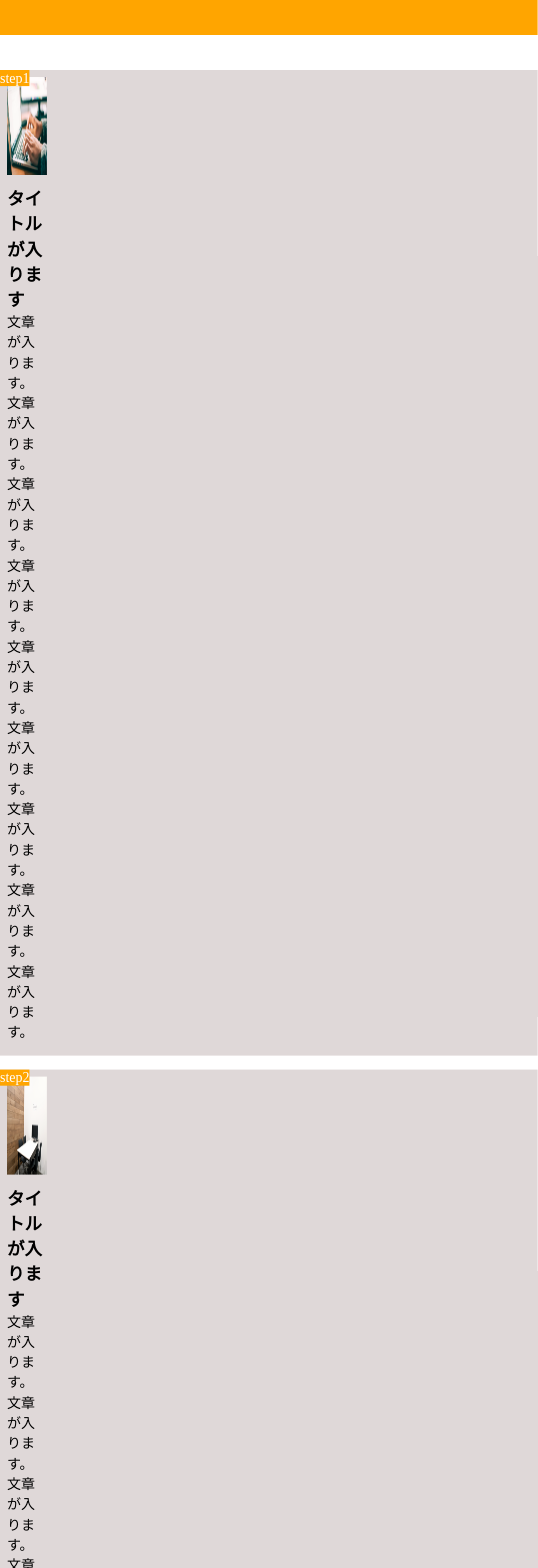
Repository: ishidaryu/ishidaryu
Page: HW/HW.html
The author's editor kept a record of every edit. The page is drawn from the files as they stood at one moment, then again after the next edit.
The browser window is 768 px wide. The pictures show the part of the page from y = 0 to 2240 px (the page is 4484 px tall), at 70% of full size.

Above is the page before.

### HW/HW.html
<!DOCTYPE html>
<html lang="ja">

  <head>
     <meta charset="UTF-8" />
     <link rel="stylesheet" href="HW.css" />
  </head>

  <body>

    <header></header>


    <main>
      <section class="blog">
        <div calss-="blog-box">

          <div class="blog-item">
            <div class="blog-box1">
              <img class="blog-image" src="flow01.png" />
              <p style="text-align:center">
                step1
              </p>
            </div>

              <section class="blog-text">
                <h3 class="blog-text-headimg">
                  <p class="blog-title">
                    タイトルが入ります
                  </p>
                </h3>
              <p class="blog-date">
                文章が入ります。文章が入ります。文章が入ります。文章が入りま
                す。文章が入ります。文章が入ります。文章が入ります。文章が入
                ります。文章が入ります。
                </p>
              </section>
            </div>

          <div class="blog-item">
            <div class="blog-box2">

              <img class="blog-image" src="flow02.png" />
               <p style="text-align:center">
                step2
               </p>
            </div>

                <section class="blog-text">
                  <h3 class="blog-text-headimg">
                    <p class="blog-title">
                      タイトルが入ります
                    </p>
                  </h3>
                <p class="blog-date">
                      文章が入ります。文章が入ります。文章が入ります。文章が入りま
                      す。文章が入ります。文章が入ります。文章が入ります。文章が入
                      ります。文章が入ります。
                </p>
                </section>
          </div>

          <div class="blog-item">
            <div class="blog-box3">
              <img class="blog-image" src="flow03.png" />
              <p style="text-align:center">
                step3
              </p>
            </div>
                <section class="blog-text">
                  <h3 class="blog-text-headimg">
                    <p class="blog-title">
                      タイトルが入ります
                    </p>
                </h3>
              <p class="blog-date">
                      文章が入ります。文章が入ります。文章が入ります。文章が入りま
                      す。文章が入ります。文章が入ります。文章が入ります。文章が入
                      ります。文章が入ります。
                </p>
                </section>
            </div>
        </section>
        </div>

    </main>


    <footer></footer>

  </body>
</html>

### HW/HW.css
* {
  margin: 0;
  padding: 0;
  box-sizing: border-box;

}



a {
  text-decoration: none;
}

header {
  width: 100%;
  height: 50px;
  background-color: orange;
}

main {
  width: 100%;
  display: flex;
  justify-content: center;
  margin: 0 auto;
  padding: 50px 0;
}

.blog {
  width: 90%;
}


.blog-box {
  padding-top: 50px;
}

.blog-box1 {
  position: relative;
}

.blog-box1 p {
  position: absolute;
  color: white;
  top: 0;
  left: 0;
  margin: 0;
  background: orange;
  font-size: 20px;
}

.blog-box2 {
  position: relative;
}

.blog-box2 p {
  position: absolute;
  color: white;
  top: 0;
  left: 0;
  margin: 0;
  background: orange;
  font-size: 20px;
}

.blog-box3 {
  position: relative;
}

.blog-box3 p {
  position: absolute;
  color: white;
  top: 0;
  left: 0;
  margin: 0;
  background: orange;
  font-size: 20px;
}

.blog-item {
  padding-bottom: 10px;
  margin-bottom: 20px;
  justify-content: flex-start;
  background-color: #dfd8d8;
}

.blog-image {
  width: 100%;
  height: 150px;
  padding: 10px 10px 0 10px;
}

.blog-text {
  padding: 10px;
}

.blog-text-heading {
  padding-bottom: 15px;
}

.blog-title {
  font-size: 25px;
}

.blog-date {
  font-size: 20px;
}


footer {
  width: 100%;
  height: 50px;
  background-color: #848282;
}

@media screen and (max-width: 768px) {

   main {
     width: 100%;
     display: block;
   }

  .blog {
    width: 100%;
    display: block;
  }

  .blog-image {
    width: 10%;
  }

  .blog-text {
    width: 10%;
  }
}

After the next edit:
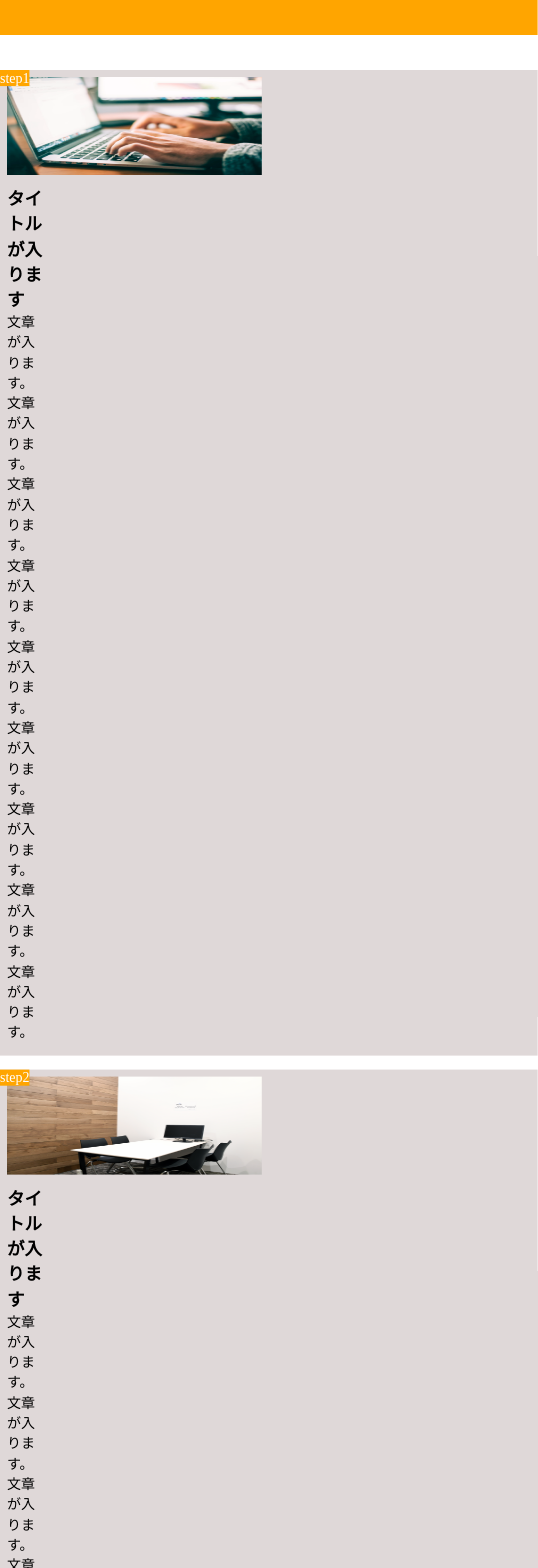
The edit:
--- a/HW/HW.css
+++ b/HW/HW.css
@@ -125,7 +125,7 @@
   }
 
   .blog-image {
-    width: 10%;
+    width: 50%;
   }
 
   .blog-text {
